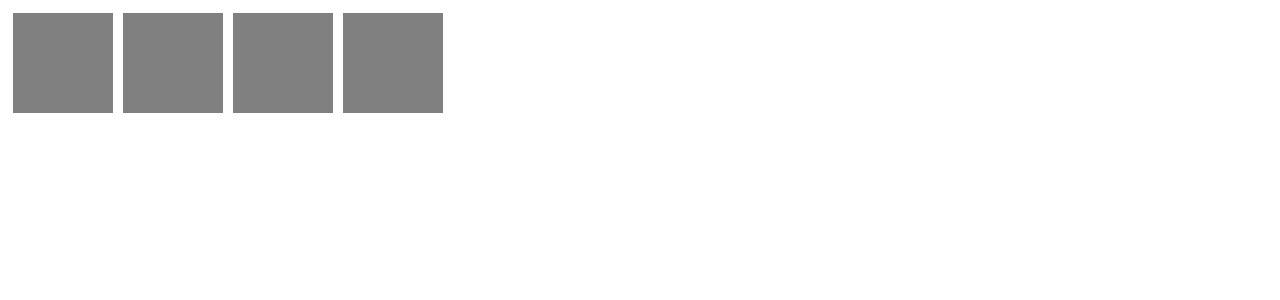
Repository: bradk647/bradk647.github.io
Page: archive/cliques.html
The author's editor kept a record of every edit. The page is drawn from the files as they stood at one moment, then again after the next edit.
The browser window is 1280 px wide. The pictures show the whole page.
Some web libraries are served in a nearby version.

Above is the page before.

After the next edit:
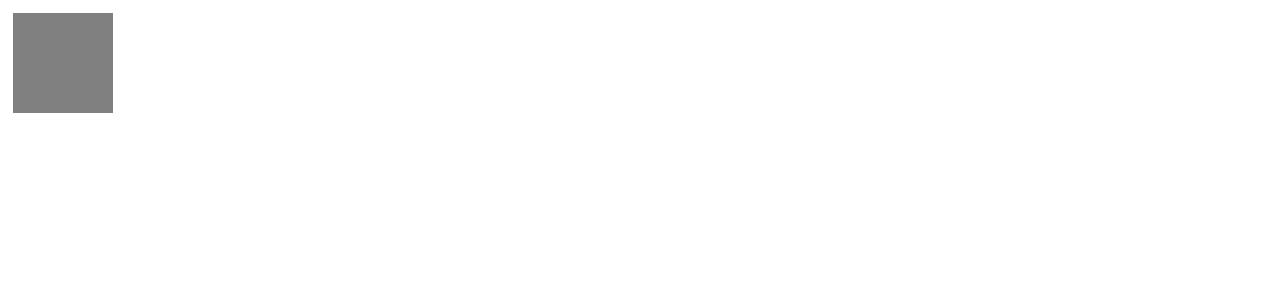
The edit:
--- a/archive/cliques.html
+++ b/archive/cliques.html
@@ -64,19 +64,27 @@
         background-color:white;
     }
     .drag {
-
+    position: absolute;
     float: left;
-    position: relative;
     width: 100px;
     height: 100px;
     background: grey;
     margin: 5px;
+    z-index: 100
+}
+
+.all {
+    width: 100%;
+    height: 100%;
+    z-index: -1;
+    position: absolute;
 }
 </style>
 <body>
-    <div class='drag'></div>
+   <div class='drag'></div>
 <div class='drag'></div>
 <div class='drag'></div>
 <div class='drag'></div>
+<div class='all'></div>
     </body>
 </html>
